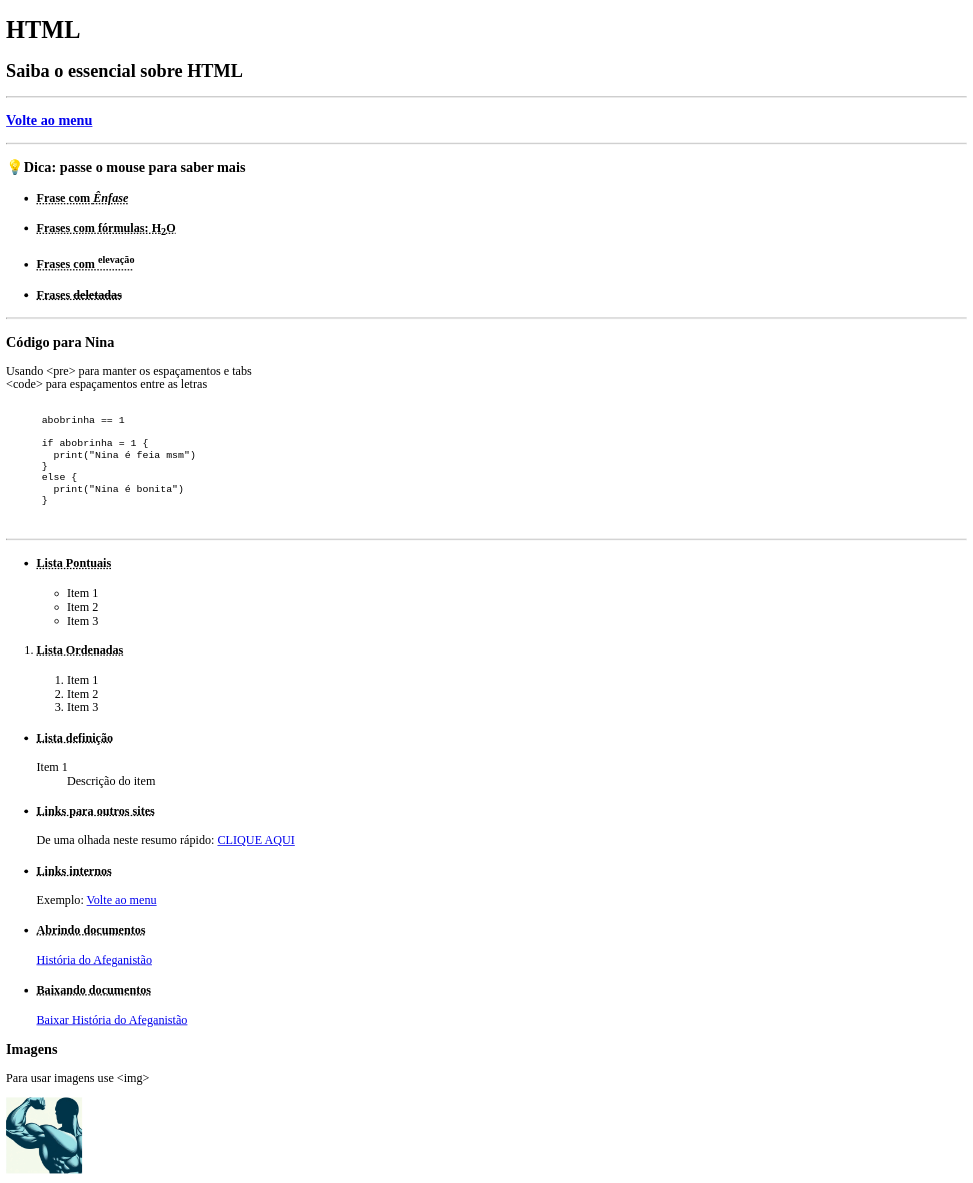
Repository: LuidyOn/Site_Forca_Total
Page: ForçaTotal/sobreHTML.html
The author's editor kept a copy of each file at every save. The page is drawn from the files as they stood at one save, then again after the next save.
The browser window is 1280 px wide. The pictures show the whole page, at 76% of full size.

Above is the page before, as saved 2025-05-15 21:14:40.

After the next save:
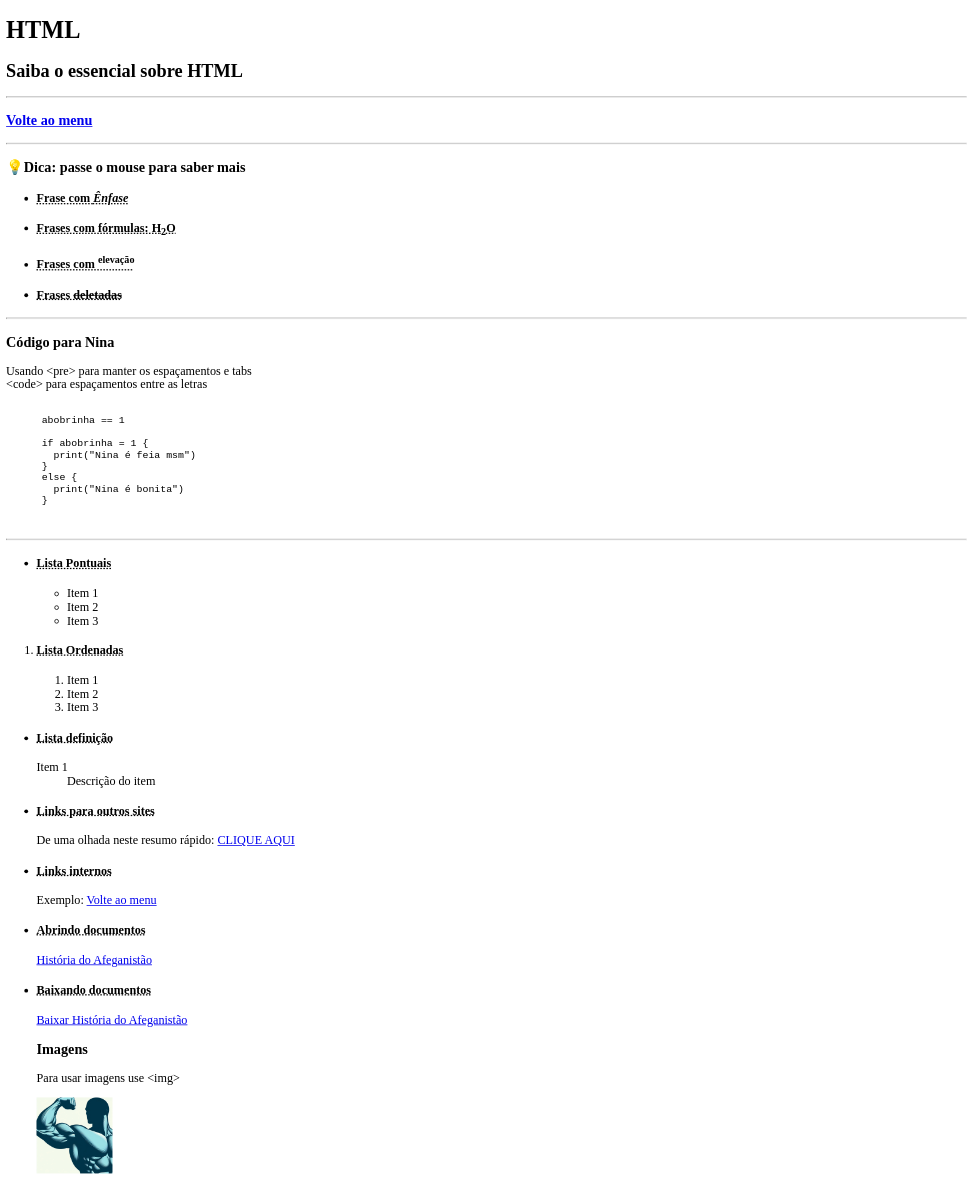
Saved 13 s later.
--- a/ForçaTotal/sobreHTML.html
+++ b/ForçaTotal/sobreHTML.html
@@ -103,10 +103,12 @@
             <p><a href="Documentos/PDFs/GUERRA DO AFEGANISTÃO.pdf" target="_blank" download="Documentos/PDFs/GUERRA DO AFEGANISTÃO.pdf" type="application/pdf"> Baixar História do Afeganistão</a></p>
       </ul>
 
-  <h3>Imagens</h3>
-  <p>Para usar imagens use &lt;img&gt;</p>
+  <ul>
+    <h3>Imagens</h3>
+    <p>Para usar imagens use &lt;img&gt;</p>
 
-  <img src="img/parteSerior.png" alt="parte superior" style="width: 100px; height: 100px;">
+    <img src="img/parteSerior.png" alt="parte superior" style="width: 100px; height: 100px;">
+  </ul>
 
 </body>
 </html>
